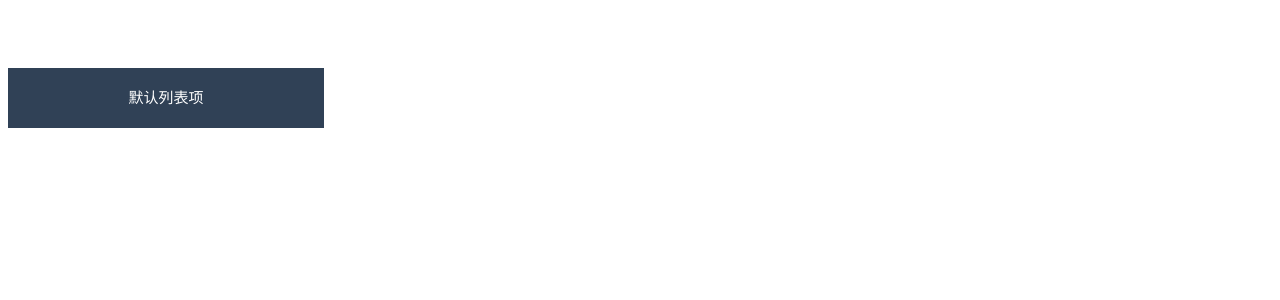
Repository: shandamengcheng/graduate-project
Page: /home
An editor plug-in stored every save of this project. The page is shown before and after the next save, followed by the edit.
The browser window is 1280 px wide. The pictures show the whole page.
The project was rebuilt for these pictures with package versions that can differ from the ones it lists, and the page was loaded fresh each time. Also part of the build but not shown: src/views/Login.vue.

Above is the page before, as saved 2021-03-10 22:41:30.

### src/App.vue
<template>
  <div id="app">
    <div id="nav">
    </div>
    <router-view/>
  </div>
</template>

<style>
#app {
  font-family: Avenir, Helvetica, Arial, sans-serif;
  -webkit-font-smoothing: antialiased;
  -moz-osx-font-smoothing: grayscale;
  text-align: center;
  color: #2c3e50;
}

#nav {
  padding: 30px;
}

#nav a {
  font-weight: bold;
  color: #2c3e50;
}

#nav a.router-link-exact-active {
  color: #42b983;
}
</style>

### src/router/index.js
import Vue from 'vue'
import VueRouter from 'vue-router'
import Home from '../views/Home.vue'
import Login from '../views/Login.vue';

Vue.use(VueRouter)

const routes = [
  {
    path: '/',
    name: 'Login',
    component: Login
  },
  {
    path: '/home',
    name: Home,
    component: Home
  }
]

const router = new VueRouter({
  mode: 'history',
  base: process.env.BASE_URL,
  routes
})

export default router

### src/views/Home.vue
<template>
  <div class="home">
    <SideBar />
  </div>
</template>

<script>
// @ is an alias to /src
import Login from "@/views/Login";
import SideBar from "@/views/SideBar";

export default {
  name: 'Home',
  components: {
    Login,
    SideBar,
  }
}
</script>

<style scoped>
  .home {
    min-height: 100%;
    width: 100%;
    /* background-color: #2d3a4b;
    color: white; */
    overflow: hidden;
  }
</style>

### src/views/SideBar.vue
<template>
  <div class="sidebar">
    <SideBarItem />
  </div>
</template>

<script>
import SideBarItem from "@/components/SideBarItem";

export default {
  name: "SideBar",
  components: {
    SideBarItem,
  }
}
</script>

<style scoped>
.sidebar {
  width: 25%;
  min-width: 200px;
  background: #304156;
  color: white;
  font-size: 15px;
  text-align: center;
  height: 100%;
}
</style>

### src/components/SideBarItem.vue
<template>
  <div class="sidebar-item" @click="showSearchView">
    <slot>默认列表项</slot>
  </div>
</template>

<script>
export default {
  name: "SideBarItem",
  methods: {
    showSearchView: function() {
      this.$router.push('/home/search');
    }
  }
}
</script>

<style scoped>
.sidebar-item {
  height: 60px;
  padding: 0 10px;
  line-height: 60px;
  border: none;
  outline: none;
  cursor: pointer;
  display: flex;
  justify-content: center;
}
.sidebar-item img {
  /* display: inline-block; */
  align-self: center;
  height: 50%;
  vertical-align: middle;
  width: 15%;
  /* margin-right: 5px; */
}
.sidebar-item div {
  width: 60%;
  /* display: inline-block; */
}
</style>

Loaded but not shown: public/index.html (common file); src/main.js (common file); src/store/index.js (common file)

After the next save:
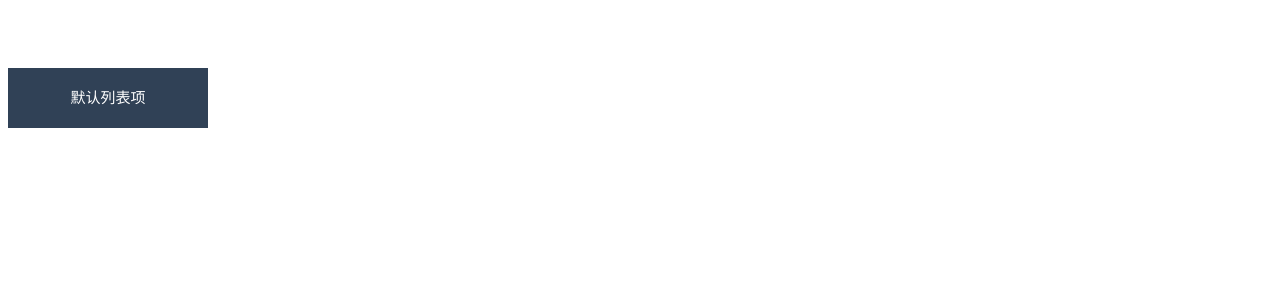
Saved 22 s later.
--- a/src/views/SideBar.vue
+++ b/src/views/SideBar.vue
@@ -17,8 +17,7 @@ export default {
 
 <style scoped>
 .sidebar {
-  width: 25%;
-  min-width: 200px;
+  width: 200px;
   background: #304156;
   color: white;
   font-size: 15px;
